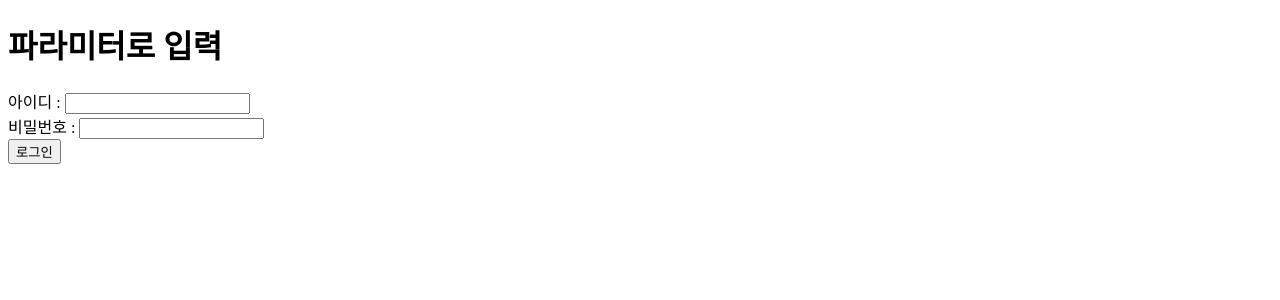
Repository: YooMyeongSeon/JSP_Servlet_Study
Page: http://localhost/web07/Ex_03_Form.jsp
These files come from the project's save history. The page is drawn as it stood at one moment and after the next save; the edit follows.
The browser window is 1280 px wide. The pictures show the whole page.
The page is served by Tomcat 9. Other server files are loaded and not shown.

Above is the page before, as saved 2022-06-10 01:15:48.

### web07/WebContent/Ex_03_Form.jsp
<%@ page language="java" contentType="text/html; charset=UTF-8"
    pageEncoding="UTF-8"%>
<!DOCTYPE html>
<html>
<head>
<meta charset="UTF-8">
<title>Insert title here</title>
</head>
<body>
	<h1>파라미터로 입력</h1>
	<form action="Ex_03_Result.jsp" method="POST">
		아이디 : <input type="text" name="userId"><br>
		비밀번호 : <input type="password" name="userPw"><br>
		<input type="submit" value="로그인"><br>
	</form>
</body>
</html>

After the next save:
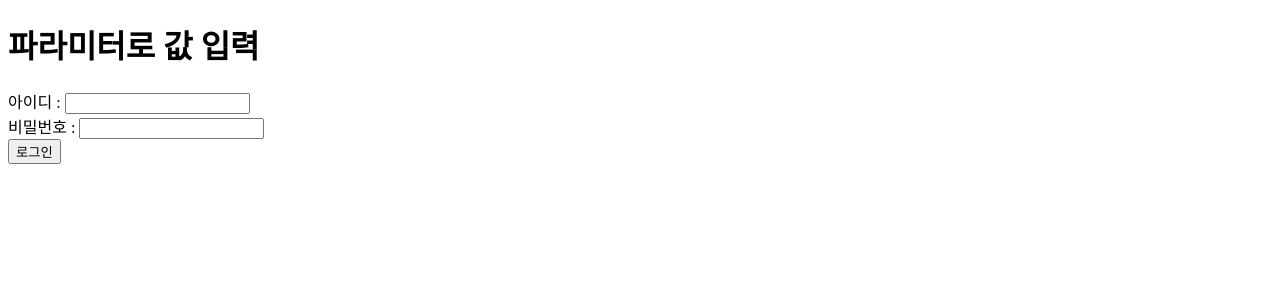
Saved 13 s later.
--- a/web07/WebContent/Ex_03_Form.jsp
+++ b/web07/WebContent/Ex_03_Form.jsp
@@ -7,7 +7,7 @@
 <title>Insert title here</title>
 </head>
 <body>
-	<h1>파라미터로 입력</h1>
+	<h1>파라미터로 값 입력</h1>
 	<form action="Ex_03_Result.jsp" method="POST">
 		아이디 : <input type="text" name="userId"><br>
 		비밀번호 : <input type="password" name="userPw"><br>
